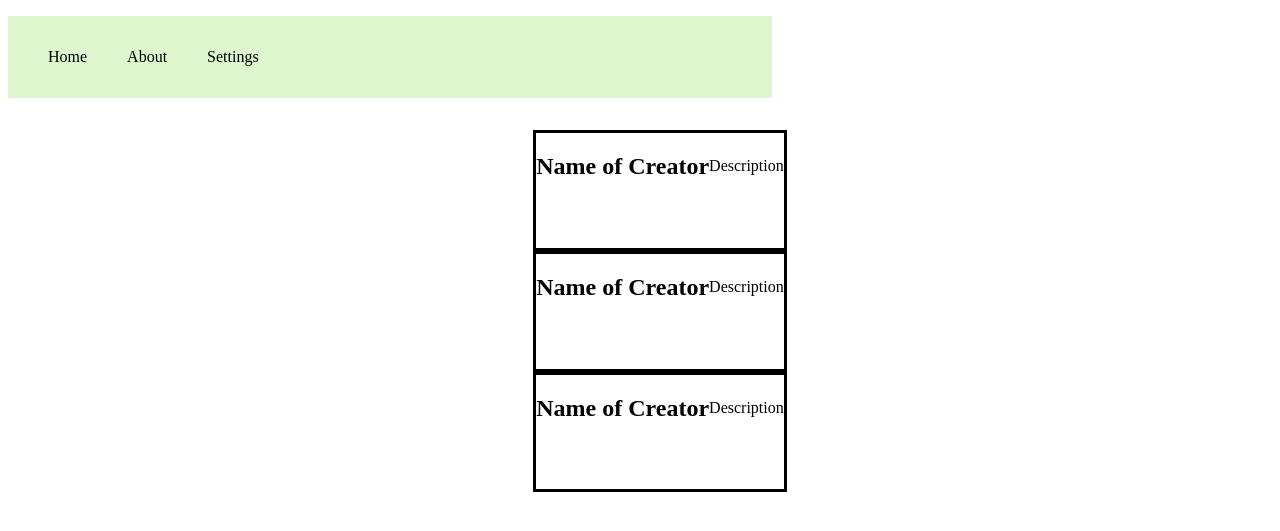
Repository: k8ANStar/Questify
Page: /About
These files come from the project's save history. The page is drawn as it stood at one moment and after a run of saves; the edit follows.
The browser window is 1280 px wide. The pictures show the whole page.
The project was rebuilt for these pictures with package versions that can differ from the ones it lists, and the page was loaded fresh each time. The framework's server and built-in components were replaced by stand-ins that run in the browser. Also part of the build but not shown: next.config.mjs.

Above is the page before, as saved 2024-03-24 21:53:05.

### pages/About.js
import Card from "@/components/Card";
import Header from "@/components/Header";
import styles from "@/styles/About.module.css/";
export default function About() {
	return (
		<div>
			<Header />
			<div className={styles.cardList}>
				<ul className={styles.list}>
					<li>
						<Card />
					</li>
					<li>
						<Card />
					</li>
					<li>
						<Card />
					</li>
				</ul>
			</div>
		</div>
	);
}

### components/Card/index.js
import styles from './Card.module.css'
import Image from 'next/image';

export default function Card() {
	return (
		<div>
			<div className={styles.cardContainer}>
				<div><Image/></div>
				<h2>Name of Creator</h2>
				<p>Description</p>
			</div>
		</div>
	);
}

### components/Header/index.js
import styles from "./Header.module.css"
import Link from "next/link";
export default function Header() {
	return (
		<>
			<ul className={styles.nav}>
				<li>
					<Link href={"/"} className={styles.home}>
						Home
					</Link>
				</li>
				<li>
					<Link href={"/About"} className={styles.about}>
						About
					</Link>
				</li>
				<li>
					<Link href={"/Settings"} className={styles.settings}>
						Settings
					</Link>
				</li>
			</ul>
		</>
	);
}

### styles/About.module.css
.cardList {
	justify-content: space-evenly;
	display: flex;
	list-style-type: none;
}

.list {
	list-style-type: none;
}

### components/Card/Card.module.css
.cardContainer {
	border: 3px solid black;
	display: flex;
	padding-bottom: 3rem;
	align-items: center;
	text-decoration: none;

}

### components/Header/Header.module.css
.nav {
	display: flex;
	list-style-type: none;
	text-decoration: none;
	padding: 2rem 2rem 2rem 2rem;
	width: 700px;
	background-color: rgb(221, 246, 205);
}

.home,
.about,
.settings {
	text-decoration: none;
	color: var(--black);
	margin-right: 2rem;
	margin-left: 0.5rem;
	white-space: nowrap;
}

Loaded but not shown: pages/_app.js (common file); pages/_document.js (common file); styles/globals.css (common file)

After the next 3 saves:
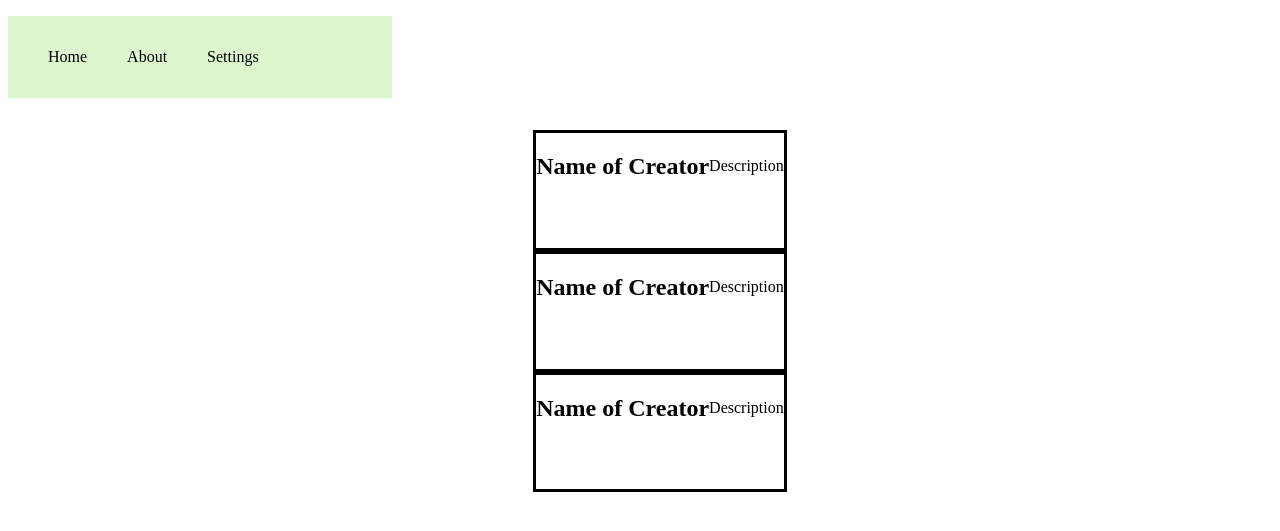
The 3 saves are shown as one change because they came seconds apart.
The last was saved 9 s later.
--- a/components/Header/Header.module.css
+++ b/components/Header/Header.module.css
@@ -3,7 +3,7 @@
 	list-style-type: none;
 	text-decoration: none;
 	padding: 2rem 2rem 2rem 2rem;
-	width: 700px;
+	width: 20rem;
 	background-color: rgb(221, 246, 205);
 }
 
